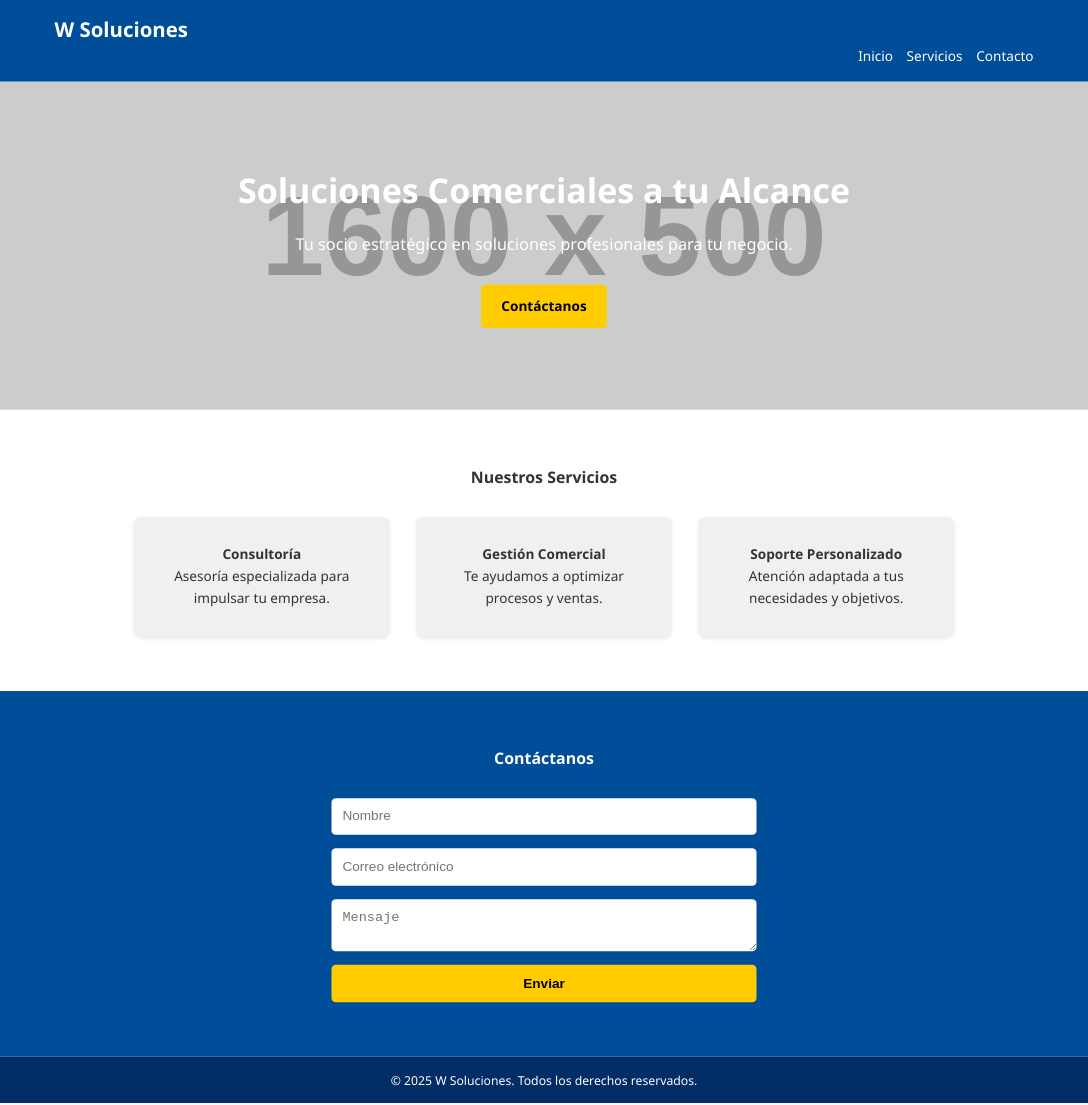
Repository: Yesenia71/Generico
Page: index.html
An editor plug-in stored every save of this project. The page is shown before and after the next save, followed by the edit.
The browser window is 1280 px wide. The pictures show the whole page, at 85% of full size.

Above is the page before, as saved 2025-07-07 13:15:55.

After the next save:
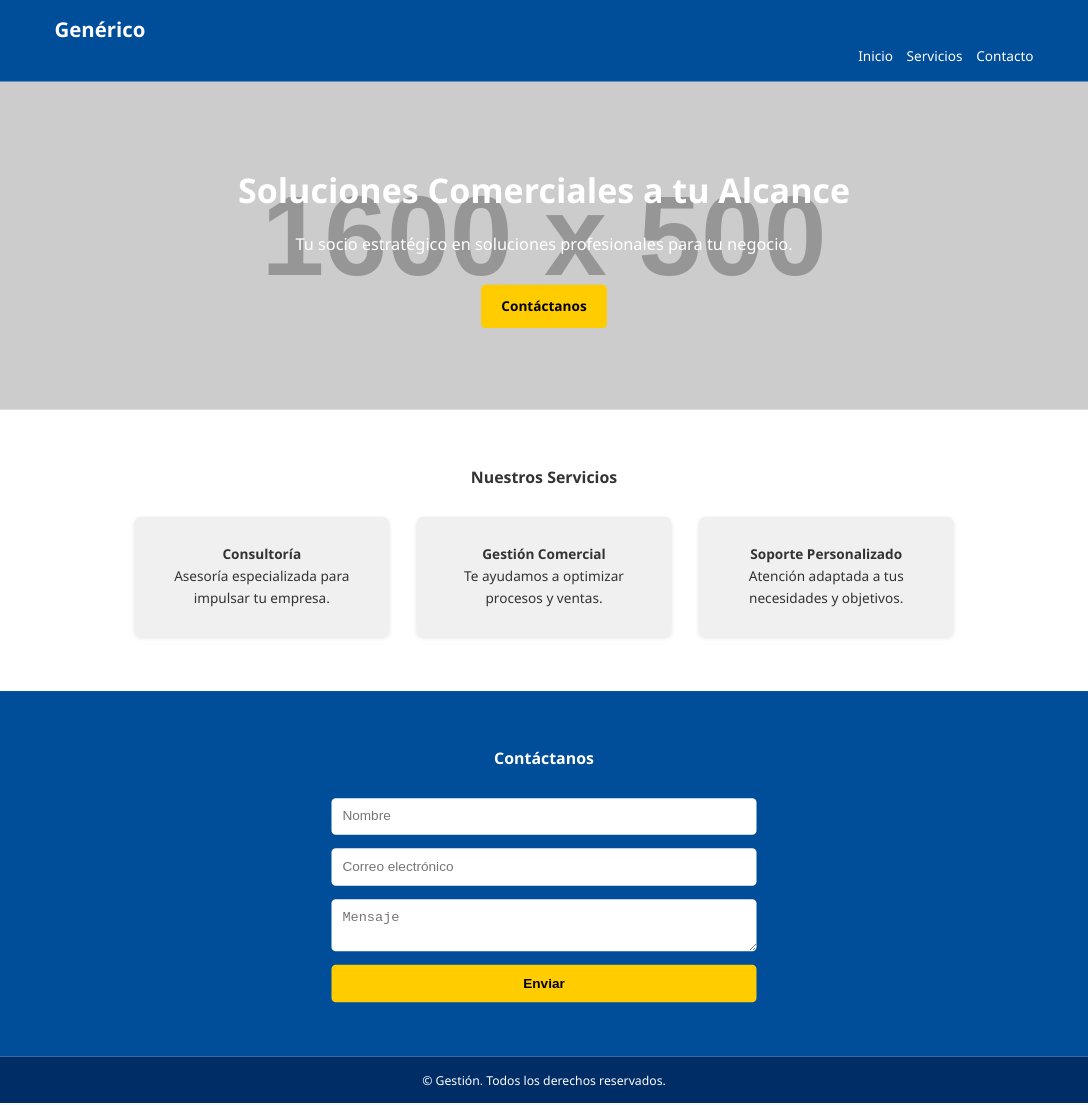
Saved 32 s later.
--- a/index.html
+++ b/index.html
@@ -9,7 +9,7 @@
 <body>
   <header>
     <div class="container">
-      <h1 class="logo">W Soluciones</h1>
+      <h1 class="logo">Genérico</h1>
       <nav>
         <ul>
           <li><a href="#inicio">Inicio</a></li>
@@ -62,15 +62,10 @@
 
   <footer>
     <div class="container">
-      <p>&copy; 2025 W Soluciones. Todos los derechos reservados.</p>
+      <p>&copy; Gestión. Todos los derechos reservados.</p>
     </div>
   </footer>
 
-  <script>
-    document.getElementById("formulario").addEventListener("submit", function(e) {
-      e.preventDefault();
-      alert("Mensaje enviado correctamente.");
-    });
-  </script>
+<script src="js/main.js"></script>
 </body>
 </html>
